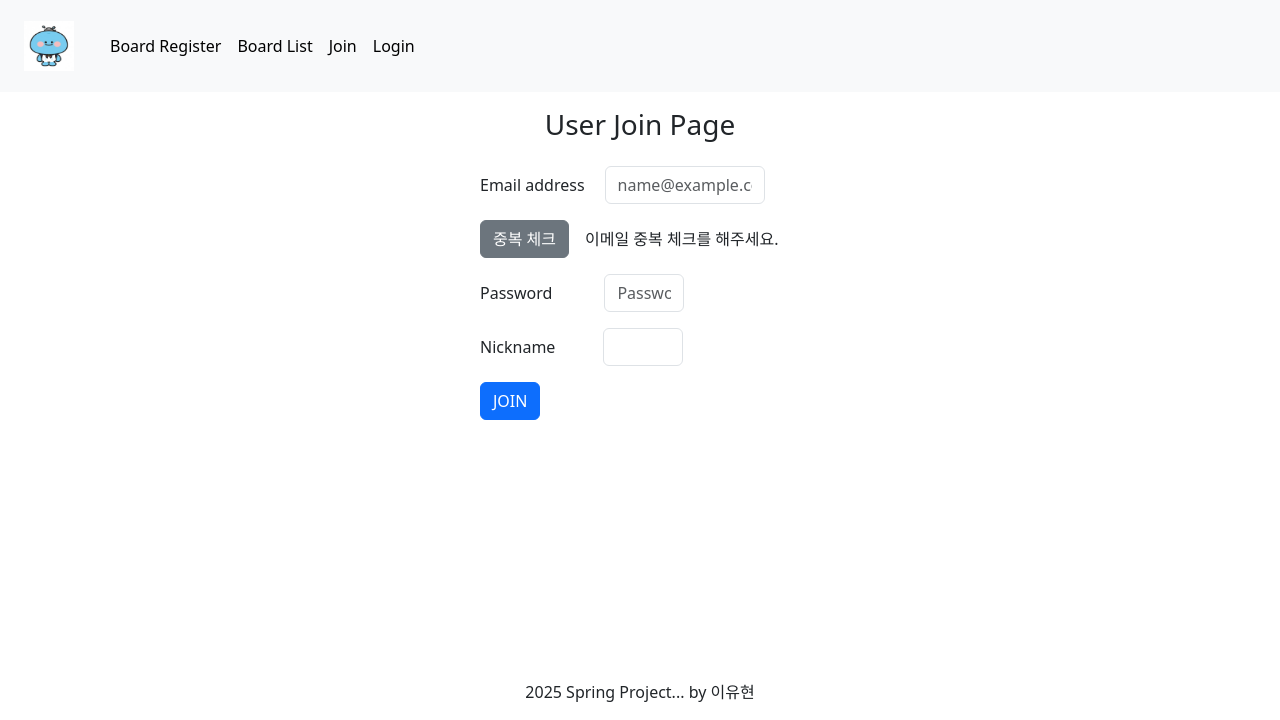
Repository: LeeYouHyeon/6.Spring
Page: http://localhost/spring_project/WEB-INF/views/user/register.jsp
These files come from the project's save history. The page is drawn as it stood at one moment and after the next save; the edit follows.
The browser window is 1280 px wide. The pictures show the whole page.
The page is served by Tomcat 9. Nobody is signed in. The template is opened directly, without the code that normally fills it, so the values that code supplies are empty.

Above is the page before, as saved 2025-06-10 06:23:49.

After the next save:
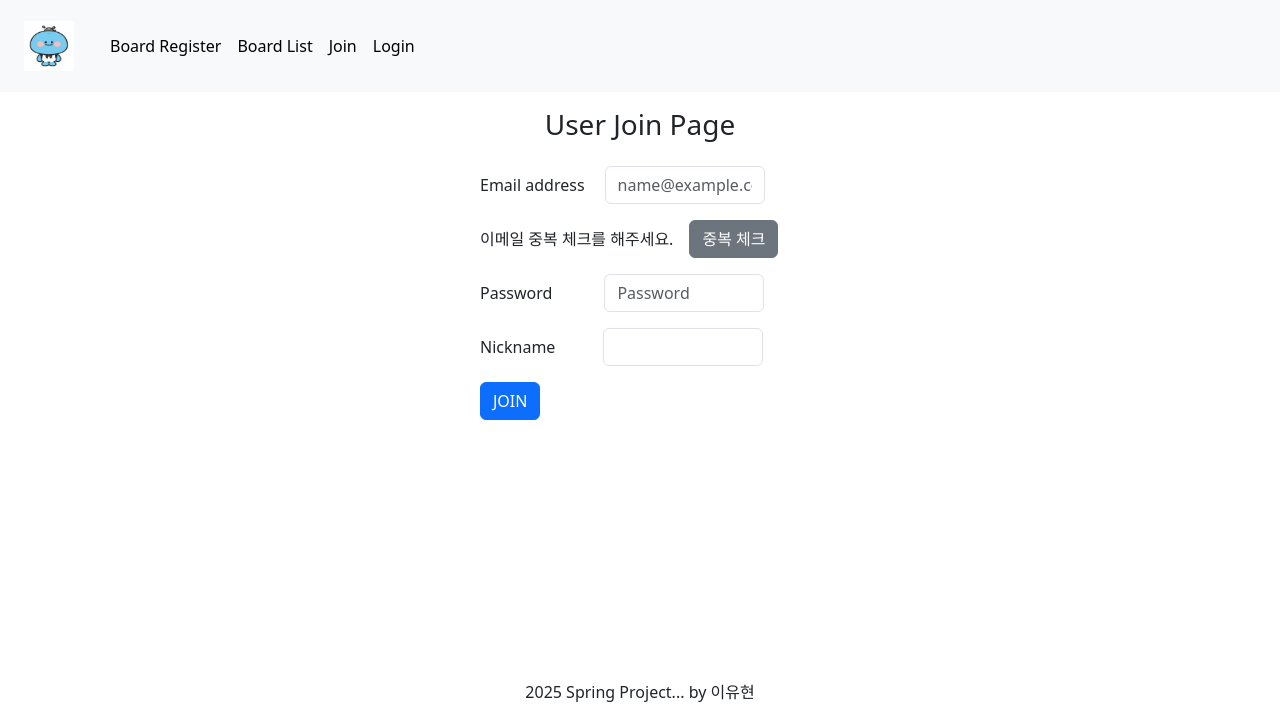
Saved 23 s later.
--- a/spring_project/src/main/webapp/WEB-INF/views/user/register.jsp
+++ b/spring_project/src/main/webapp/WEB-INF/views/user/register.jsp
@@ -17,12 +17,12 @@
 			</div>
 		</div>
 		<div class="mb-3 d-flex align-items-center">
-			<button type="button" id="emailCheckBtn" class="btn btn-secondary me-3">중복 체크</button>
 			<div id="emailCheckStmt">이메일 중복 체크를 해주세요.</div>
+			<button type="button" id="emailCheckBtn" class="btn btn-secondary ms-3">중복 체크</button>
 		</div>
 		<div class="mb-3 d-flex align-items-center">
 			<div class="me-5 pe-1">Password</div>
-			<div class="w-25 me-3">
+			<div class="w-50 me-3">
 				<input type="text"
 					class="form-control"
 					id="pwd"
@@ -33,7 +33,7 @@
 		</div>
 		<div class="mb-3 d-flex align-items-center">
 			<div class="me-5">Nickname</div>
-			<div class="w-25 me-3">
+			<div class="w-50 me-3">
 				<input type="text"
 					class="form-control"
 					id="nickName"
